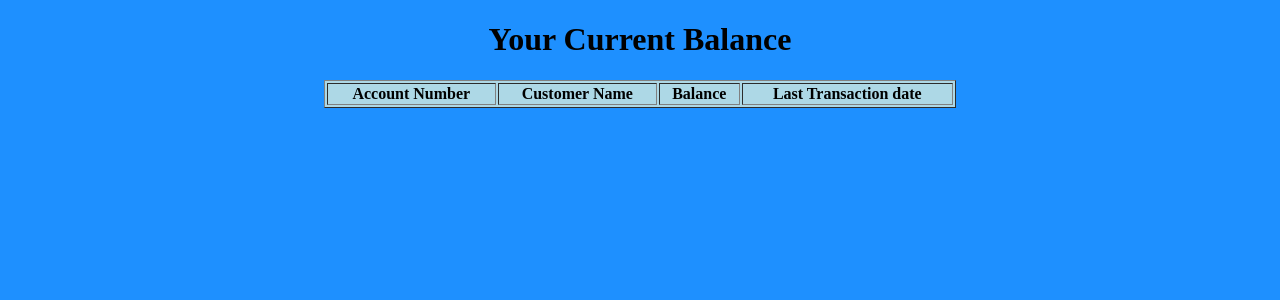
Repository: rukmini10/DXC
Page: http://localhost/Account/check_balance.jsp
These files come from the project's save history. The page is drawn as it stood at one moment and after the next save; the edit follows.
The browser window is 1280 px wide. The pictures show the whole page.
The page is served by Tomcat 9. Nobody is signed in. The application's start-up code is not run. Other server files are loaded and not shown. Queries for data that is not in the repository find no rows.

Above is the page before, as saved 2022-05-07 18:48:32.

### DXC_MAVEN/Account/src/main/webapp/check_balance.jsp
<%@page import="java.sql.DriverManager"%>
<%@page contentType="text/html" pageEncoding="UTF-8"%>
<%@page import="java.sql.*"%>
<!DOCTYPE html>
<html>
    <head>
        <meta http-equiv="Content-Type" content="text/html; charset=UTF-8">
        <title>Balance</title>
    </head>
    <body bgcolor="DodgerBlue">
    <center><h1>Your Current Balance</h1></center>
        <%
            try{
            String an=request.getParameter("ano");
            Class.forName("com.mysql.jdbc.Driver");
            Connection conn=DriverManager.getConnection("jdbc:mysql://localhost:3306/dxcdb", "root","Mysql@2710");
            Statement st=conn.createStatement();
            ResultSet rs=st.executeQuery("select * from tr where ano='"+an+"'");
            out.println("<table border='1' width='50%' bgcolor='lightblue' align='center'>");
out.println("<tr><th>Account Number</th><th>Customer Name</th><th>Balance</th><th>Last Transaction date</th></tr>");
while(rs.next())
 out.println("<tr align='center'><td>"+rs.getString(1)+"</td><td>"+rs.getString(2)+"</td><td>"+rs.getString(3)+"</td><td>"+rs.getString(4)+"</td></tr>");



out.println("</table>");
conn.close();

            }catch(Exception e)
            {
                out.println(e);
            }
            %>
    </body>
</html>

After the next save:
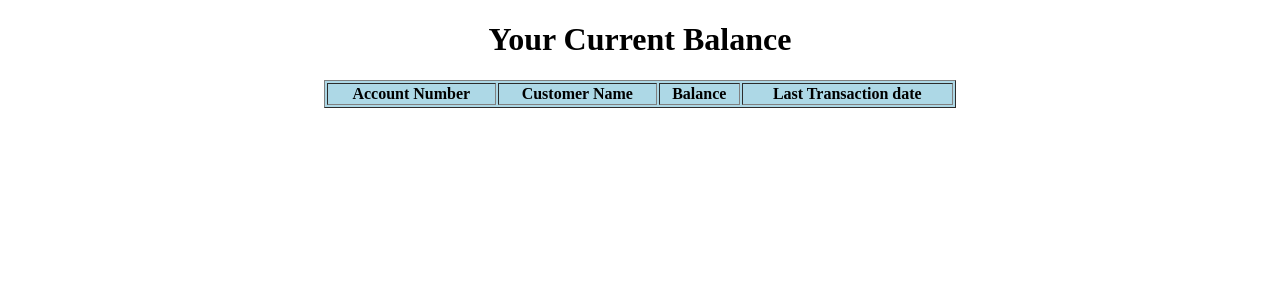
Saved 114 s later.
--- a/DXC_MAVEN/Account/src/main/webapp/check_balance.jsp
+++ b/DXC_MAVEN/Account/src/main/webapp/check_balance.jsp
@@ -7,7 +7,7 @@
         <meta http-equiv="Content-Type" content="text/html; charset=UTF-8">
         <title>Balance</title>
     </head>
-    <body bgcolor="DodgerBlue">
+    <body bg-image="https://cutewallpaper.org/21/hd-website-backgrounds/High-Resolution-Hd-Website-Background-Hd-Wallpapers-.jpg">
     <center><h1>Your Current Balance</h1></center>
         <%
             try{
